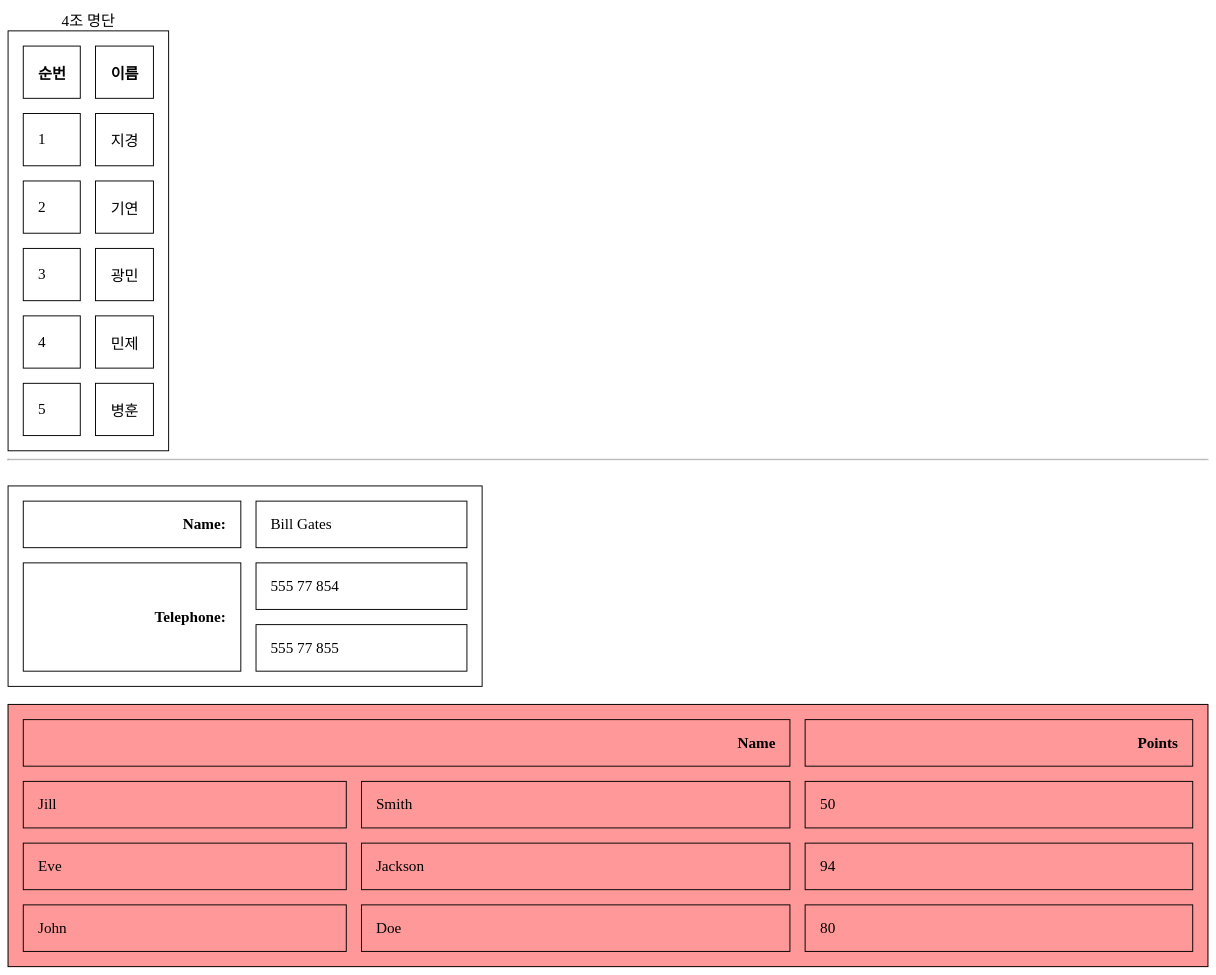
Repository: BaekJiGyeong/JSP
Page: http://localhost/AA_HelloJSP/exercise.jsp
An editor plug-in stored every save of this project. The page is shown before and after the next save, followed by the edit.
The browser window is 1280 px wide. The pictures show the whole page, at 95% of full size.
The page is served by Tomcat 9.

Above is the page before, as saved 2016-02-02 11:01:17.

After the next save:
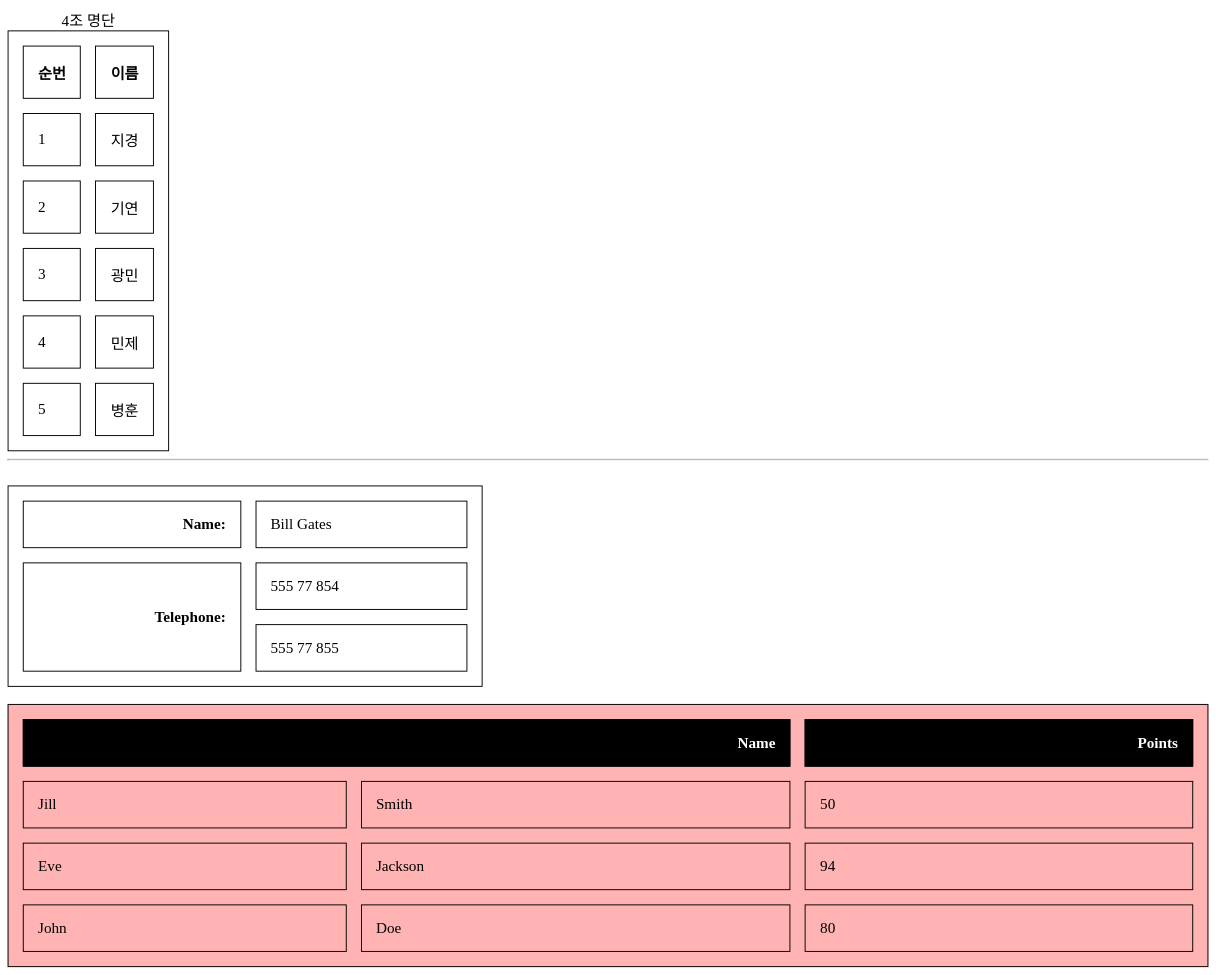
Saved 3 min 31 s later.
--- a/AA_HelloJSP/WebContent/exercise.jsp
+++ b/AA_HelloJSP/WebContent/exercise.jsp
@@ -23,7 +23,12 @@ th {
 }
 table#t01 {
     width: 100%;
-    background-color: #ff9999;
+    background-color: #ffb3b3;
+}
+
+table#t01 th {
+	background-color: black;
+	color: white;
 }
 </style>
 <meta http-equiv="Content-Type" content="text/html; charset=UTF-8">
